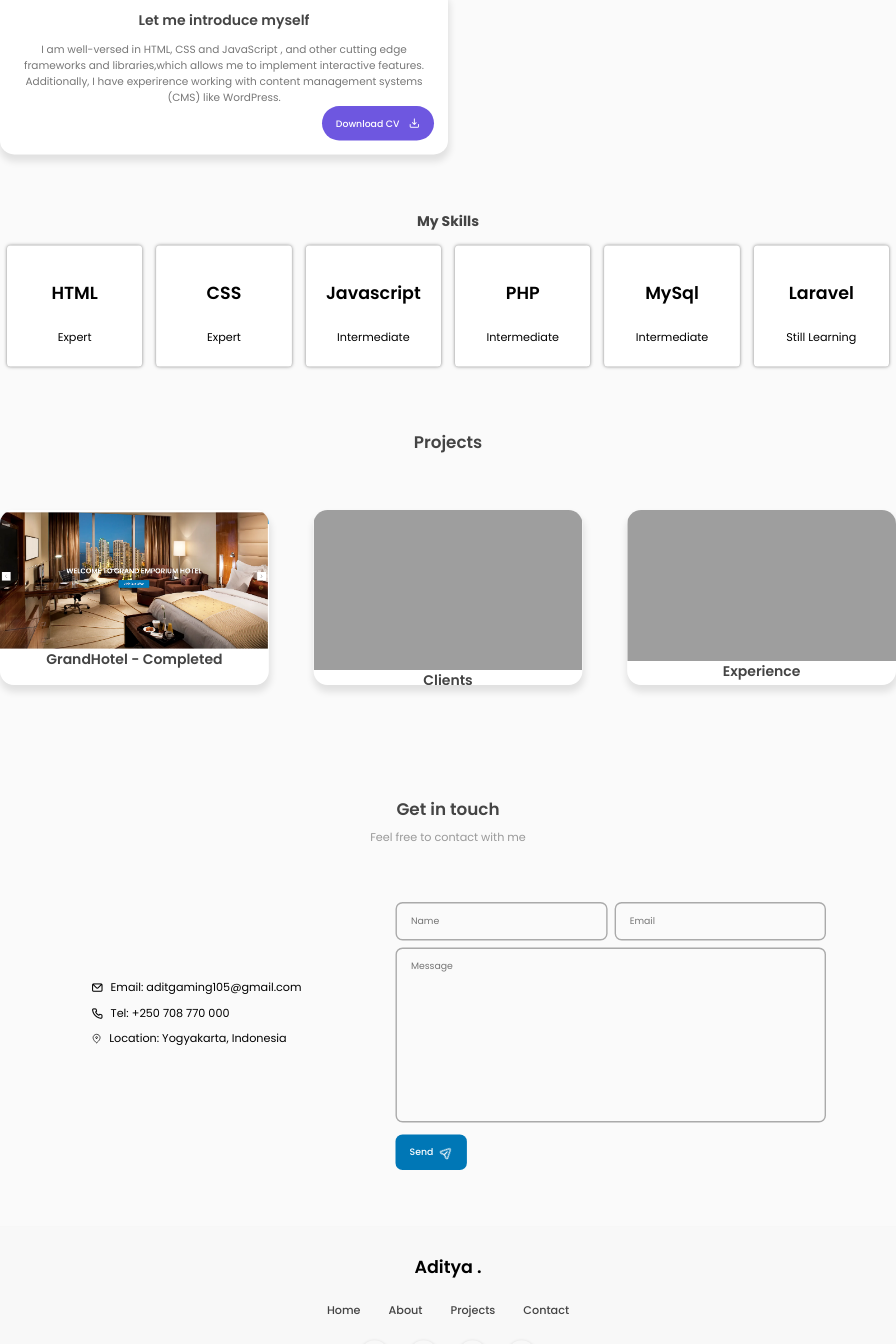
Repository: 4Kbrain/Portofolio
Page: index.html
These files come from the project's save history. The page is drawn as it stood at one moment and after the next save; the edit follows.
The browser window is 1280 px wide. The pictures show the part of the page from y = 932 to 2852 px (the page is 3007 px tall), at 70% of full size.
Pictures or frames that could not be fetched are drawn as grey boxes.

Above is the page before, as saved 2024-05-15 17:29:34.
Console error: ReferenceError: ScrollReveal is not defined

After the next save:
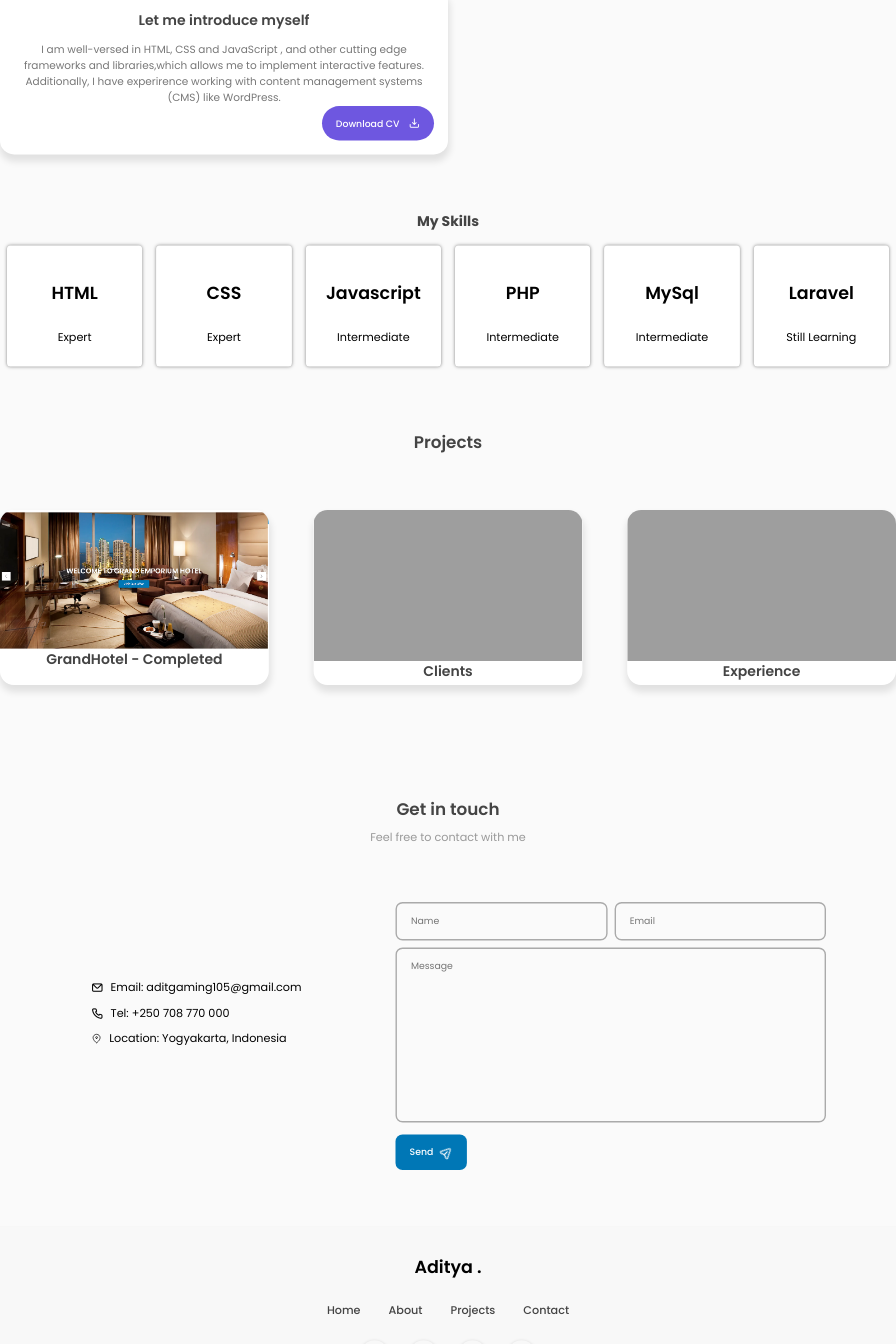
Saved 7 s later.
--- a/index.html
+++ b/index.html
@@ -184,7 +184,7 @@
             <div class="project-box">
                 <img src="path/to/your/image2.jpg" alt="Project Image 2" class="project-image">
                 <h3>Clients</h3>
-                <label> </label>
+                <label> - </label>
             </div>
             <div class="project-box">
                 <img src="path/to/your/image3.jpg" alt="Project Image 3" class="project-image">
